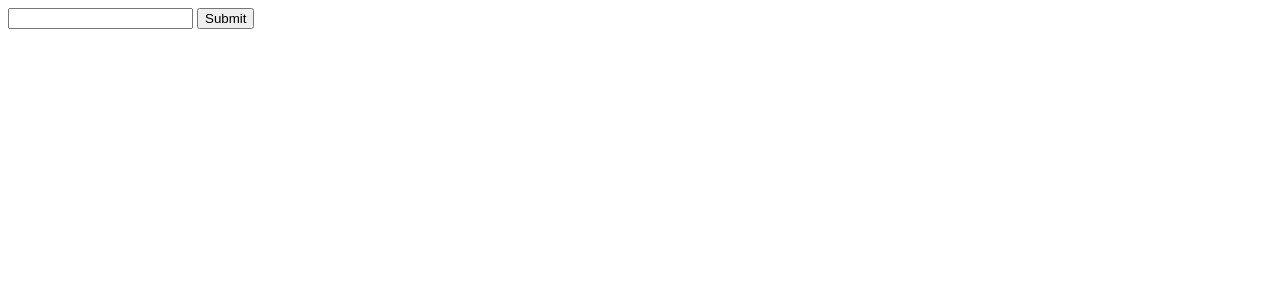
Repository: kdh2212/KDT_code
Page: http://localhost/20250806Web/insForm.jsp
These files come from the project's save history. The page is drawn as it stood at one moment and after the next save; the edit follows.
The browser window is 1280 px wide. The pictures show the whole page.
The page is served by Tomcat 9. Other server files are loaded and not shown.

Above is the page before, as saved 2025-08-06 06:21:45.

### 20250806Web/src/main/webapp/insForm.jsp
<%@ page language="java" contentType="text/html; charset=UTF-8"
    pageEncoding="UTF-8"%>
<!DOCTYPE html>
<html>
<head>
<meta charset="UTF-8">
<title>Insert title here</title>
</head>
<body>
<form action="insResult.jsp">
<input type="text" name="content" />
<input type="submit"/>
</form>
</body>
</html>

After the next save:
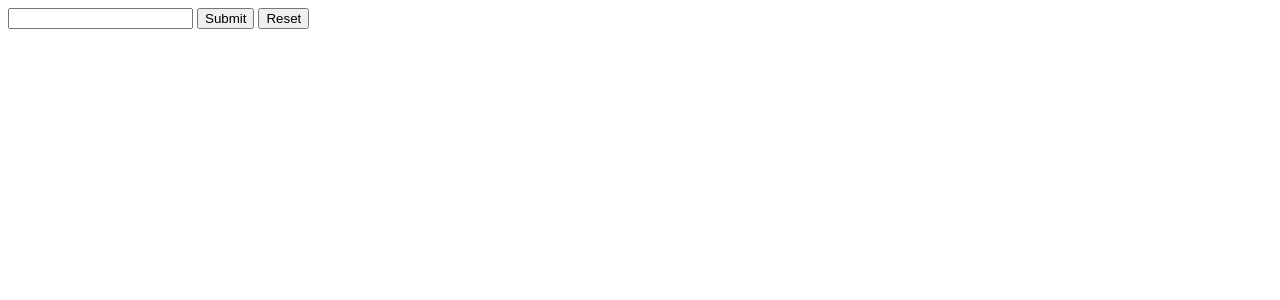
Saved 6 min 53 s later.
--- a/20250806Web/src/main/webapp/insForm.jsp
+++ b/20250806Web/src/main/webapp/insForm.jsp
@@ -10,6 +10,7 @@
 <form action="insResult.jsp">
 <input type="text" name="content" />
 <input type="submit"/>
+<input type="reset"/>
 </form>
 </body>
 </html>
